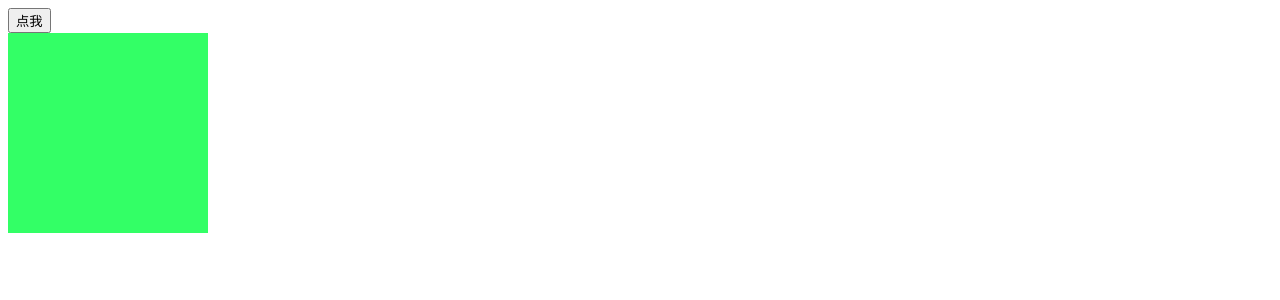
Repository: DataBoxWx/mvc_servlet_3
Page: http://localhost/2_jsp1/ajax/ajax2.jsp
An editor plug-in stored every save of this project. The page is shown before and after the next save, followed by the edit.
The browser window is 1280 px wide. The pictures show the whole page.
The page is served by Tomcat 9.

Above is the page before, as saved 2018-05-05 01:42:12.

After the next save:
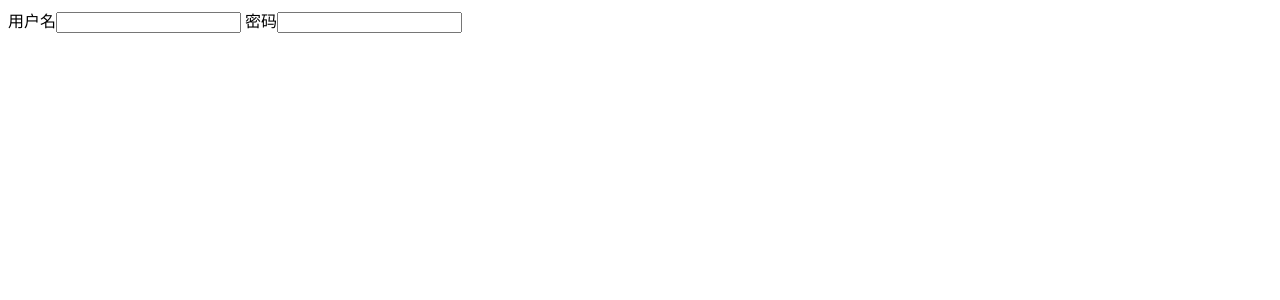
Console error: SyntaxError: Unexpected token '{'
Saved 6 min 35 s later.
--- a/2_jsp1/WebContent/ajax/ajax2.jsp
+++ b/2_jsp1/WebContent/ajax/ajax2.jsp
@@ -9,10 +9,25 @@
 <base href="<%=basePath%>">
 <meta http-equiv="Content-Type" content="text/html; charset=UTF-8">
 <title>Insert title here</title>
-<script type="text/javascript"></script>
+<script type="text/javascript" src="js/jquery-1.8.3.min.js"></script>
+<script type="text/javascript">
+	$(function(){
+		$("#djBtn").blur(function(){
+			var username=$("#username").val
+			$.post{
+				""
+			}
+
+		});
+
+	});
+</script>
 </head>
 <body>
-	<button onclick="bh()">点我</button><br>
-	<div style="background-color: #33FF66;width:200px;height:200px" id ="div" ></div>
+	<form>
+		用户名<input type="text" name="username" id="usernameid">
+		<span id="yz"></span>
+		密码<input type="password" name="password" id="passwordid">
+	</form>
 </body>
 </html>
